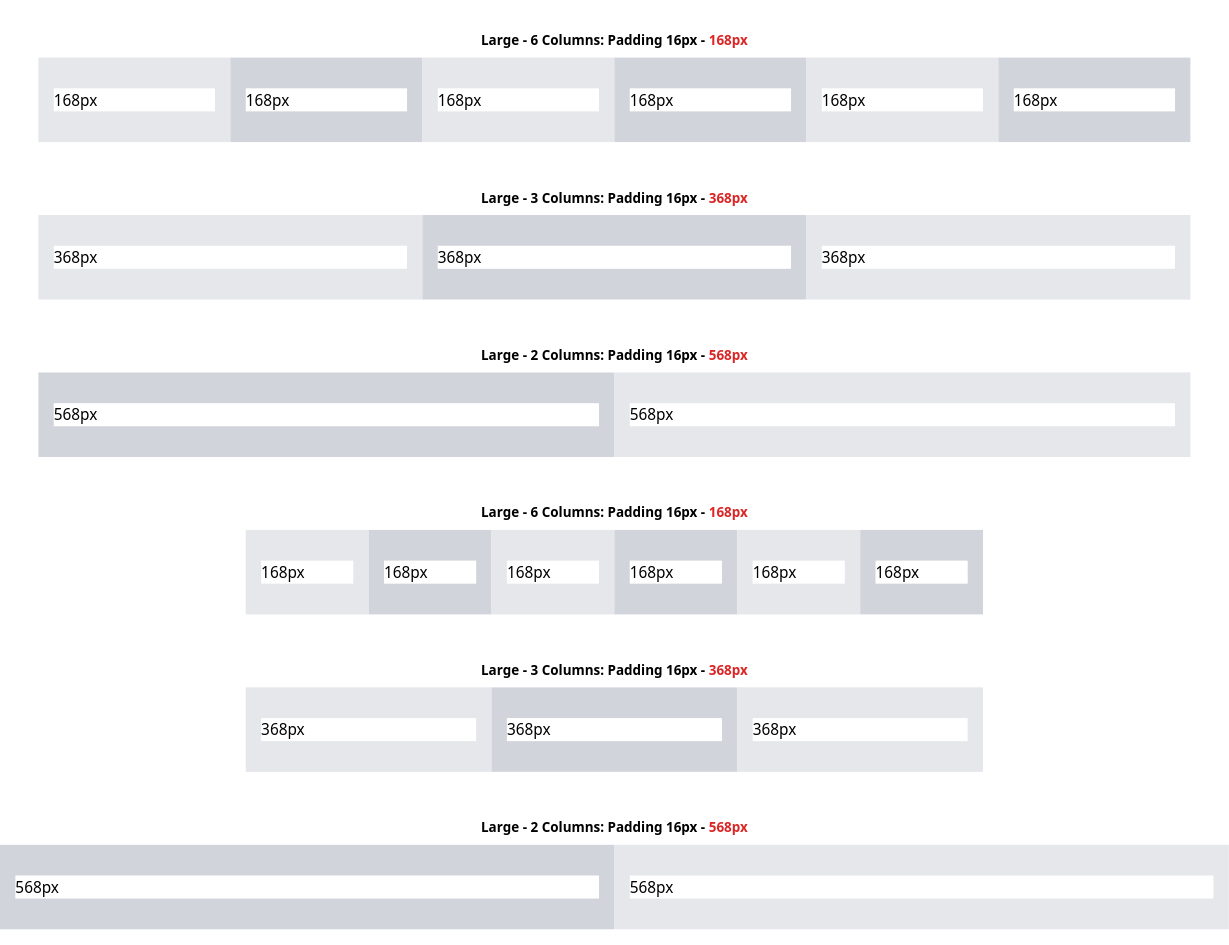
Repository: fabianwurk/vue-tailwind
Page: /
The author's editor kept a copy of each file at every save. The page is drawn from the files as they stood at one save, then again after the next save.
The browser window is 1280 px wide. The pictures show the whole page, at 96% of full size.
The project was rebuilt for these pictures with package versions that can differ from the ones it lists, and the page was loaded fresh each time. Also part of the build but not shown: vite.config.js.

Above is the page before, as saved 2021-03-16 00:26:52.

### src/App.vue
<template>
  <Large />
  <Medium />
</template>

<script setup>
import Large from './components/Large.vue';
import Medium from './components/Medium.vue';

</script>

### src/components/Large.vue
<template>
  <div>

  <div class="container mx-auto">
    <h2 class="text-sm font-bold mb-2 mt-8 text-center">Large - 6 Columns: Padding 16px - <span class="text-red-600">{{ sixCol }}</span></h2>
    <div class="flex items-center">
      <div class="w-1/6 bg-gray-200 mb-4 mt-0 py-8 px-4">
        <span class="bg-white w-full block">{{ sixCol }}</span>
      </div>
      <div class="w-1/6 bg-gray-300 mb-4 mt-0 py-8 px-4">
        <span class="bg-white w-full block">{{ sixCol }}</span>
      </div>
      <div class="w-1/6 bg-gray-200 mb-4 mt-0 py-8 px-4">
        <span class="bg-white w-full block">{{ sixCol }}</span>
      </div>
      <div class="w-1/6 bg-gray-300 mb-4 mt-0 py-8 px-4">
        <span class="bg-white w-full block">{{ sixCol }}</span>
      </div>
      <div class="w-1/6 bg-gray-200 mb-4 mt-0 py-8 px-4">
        <span class="bg-white w-full block">{{ sixCol }}</span>
      </div>
      <div class="w-1/6 bg-gray-300 mb-4 mt-0 py-8 px-4">
        <span class="bg-white w-full block">{{ sixCol }}</span>
      </div>
    </div>
  </div>

  <div class="container mx-auto">
    <h2 class="text-sm font-bold mb-2 mt-8 text-center">Large - 3 Columns: Padding 16px - <span class="text-red-600">{{ threeCol }}</span></h2>
    <div class="flex items-center">
      <div class="w-1/3 bg-gray-200 mb-4 mt-0 py-8 px-4">
        <span class="bg-white w-full block">{{ threeCol }}</span>
      </div>
      <div class="w-1/3 bg-gray-300 mb-4 mt-0 py-8 px-4">
        <span class="bg-white w-full block">{{ threeCol }}</span>
      </div>
      <div class="w-1/3 bg-gray-200 mb-4 mt-0 py-8 px-4">
        <span class="bg-white w-full block">{{ threeCol }}</span>
      </div>
    </div>
  </div>

  <div class="container mx-auto">
    <h2 class="text-sm font-bold mb-2 mt-8 text-center">Large - 2 Columns: Padding 16px - <span class="text-red-600">{{ twoCol }}</span></h2>
    <div class="flex items-center">
      <div class="w-1/2 bg-gray-300 mb-4 mt-0 py-8 px-4">
        <span class="bg-white w-full block">{{ twoCol }}</span>
      </div>
      <div class="w-1/2 bg-gray-200 mb-4 mt-0 py-8 px-4">
        <span class="bg-white w-full block">{{ twoCol }}</span>
      </div>
    </div>
  </div>

  </div>
</template>

<script>
export default {
  data() {
    return {
      sixCol: "168px",
      threeCol: "368px",
      twoCol: "568px",
    };
  },
}
</script>

### src/components/Medium.vue
<template>
  <div>

  <div class="max-w-3xl mx-auto">
    <h2 class="text-sm font-bold mb-2 mt-8 text-center">Large - 6 Columns: Padding 16px - <span class="text-red-600">{{ sixCol }}</span></h2>
    <div class="flex items-center">
      <div class="w-1/6 bg-gray-200 mb-4 mt-0 py-8 px-4">
        <span class="bg-white w-full block">{{ sixCol }}</span>
      </div>
      <div class="w-1/6 bg-gray-300 mb-4 mt-0 py-8 px-4">
        <span class="bg-white w-full block">{{ sixCol }}</span>
      </div>
      <div class="w-1/6 bg-gray-200 mb-4 mt-0 py-8 px-4">
        <span class="bg-white w-full block">{{ sixCol }}</span>
      </div>
      <div class="w-1/6 bg-gray-300 mb-4 mt-0 py-8 px-4">
        <span class="bg-white w-full block">{{ sixCol }}</span>
      </div>
      <div class="w-1/6 bg-gray-200 mb-4 mt-0 py-8 px-4">
        <span class="bg-white w-full block">{{ sixCol }}</span>
      </div>
      <div class="w-1/6 bg-gray-300 mb-4 mt-0 py-8 px-4">
        <span class="bg-white w-full block">{{ sixCol }}</span>
      </div>
    </div>
  </div>

  <div class="max-w-3xl mx-auto">
    <h2 class="text-sm font-bold mb-2 mt-8 text-center">Large - 3 Columns: Padding 16px - <span class="text-red-600">{{ threeCol }}</span></h2>
    <div class="flex items-center">
      <div class="w-1/3 bg-gray-200 mb-4 mt-0 py-8 px-4">
        <span class="bg-white w-full block">{{ threeCol }}</span>
      </div>
      <div class="w-1/3 bg-gray-300 mb-4 mt-0 py-8 px-4">
        <span class="bg-white w-full block">{{ threeCol }}</span>
      </div>
      <div class="w-1/3 bg-gray-200 mb-4 mt-0 py-8 px-4">
        <span class="bg-white w-full block">{{ threeCol }}</span>
      </div>
    </div>
  </div>

  <div class="medium:container mx-auto">
    <h2 class="text-sm font-bold mb-2 mt-8 text-center">Large - 2 Columns: Padding 16px - <span class="text-red-600">{{ twoCol }}</span></h2>
    <div class="flex items-center">
      <div class="w-1/2 bg-gray-300 mb-4 mt-0 py-8 px-4">
        <span class="bg-white w-full block">{{ twoCol }}</span>
      </div>
      <div class="w-1/2 bg-gray-200 mb-4 mt-0 py-8 px-4">
        <span class="bg-white w-full block">{{ twoCol }}</span>
      </div>
    </div>
  </div>

  </div>
</template>

<script>
export default {
  data() {
    return {
      sixCol: "168px",
      threeCol: "368px",
      twoCol: "568px",
    };
  },
}
</script>

### tailwind.config.js
module.exports = {
  purge: ['./index.html', './src/**/*.{vue,js,ts,jsx,tsx}'],
  darkMode: false, // or 'media' or 'class'
  theme: {
    extend: {
      container: {
        'md': {'max': '768px'},
      },
      screens: {
        'xl': {'min': '1200px', 'max': '1280px'},
        '2xl': {'max': '1280px'},
      },
    },
  },
  variants: {
    extend: {},
  },
  plugins: [],
}

Loaded but not shown: index.html (common file); src/main.js (common file); src/index.css (common file)

After the next save:
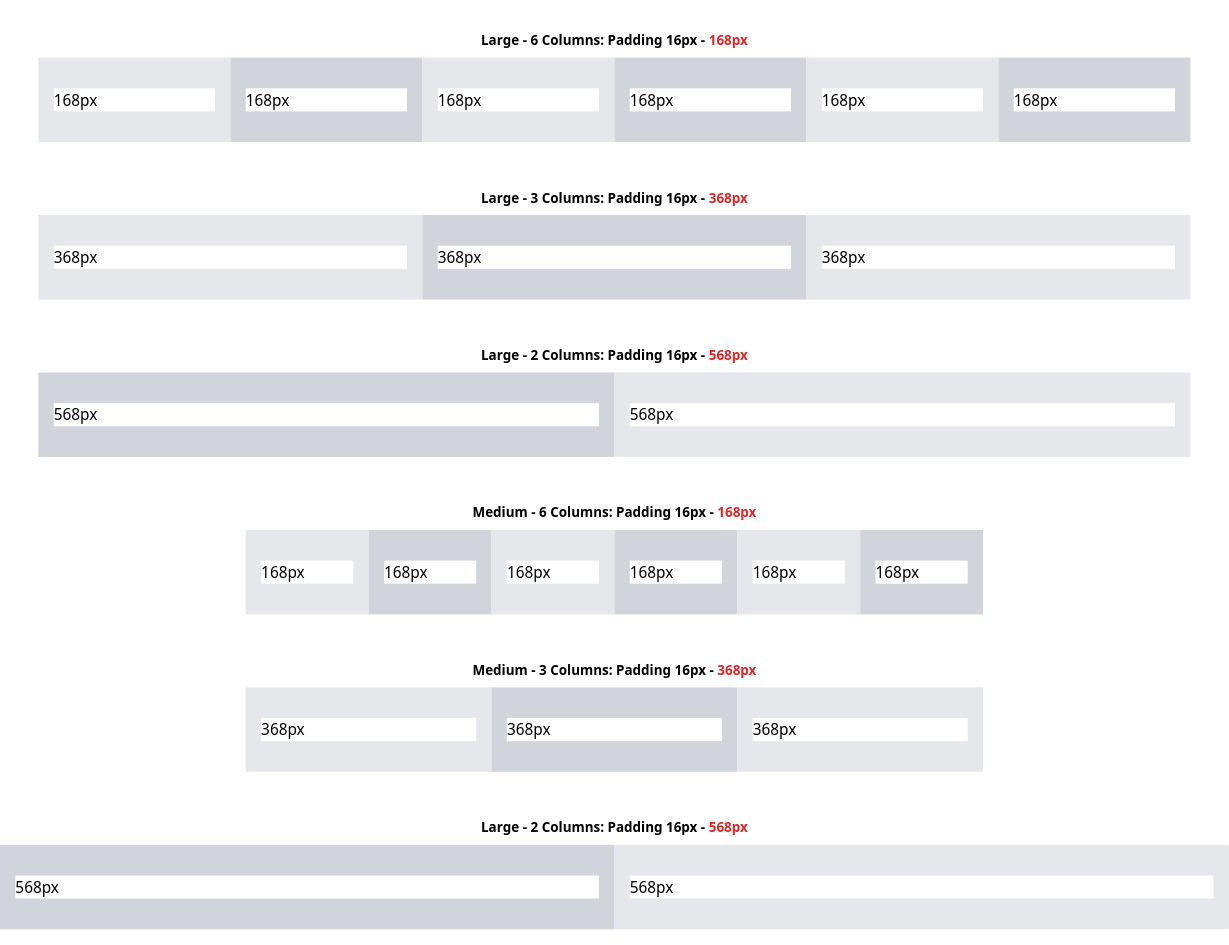
Saved 24 s later.
--- a/src/components/Medium.vue
+++ b/src/components/Medium.vue
@@ -2,7 +2,7 @@
   <div>
 
   <div class="max-w-3xl mx-auto">
-    <h2 class="text-sm font-bold mb-2 mt-8 text-center">Large - 6 Columns: Padding 16px - <span class="text-red-600">{{ sixCol }}</span></h2>
+    <h2 class="text-sm font-bold mb-2 mt-8 text-center">Medium - 6 Columns: Padding 16px - <span class="text-red-600">{{ sixCol }}</span></h2>
     <div class="flex items-center">
       <div class="w-1/6 bg-gray-200 mb-4 mt-0 py-8 px-4">
         <span class="bg-white w-full block">{{ sixCol }}</span>
@@ -26,7 +26,7 @@
   </div>
 
   <div class="max-w-3xl mx-auto">
-    <h2 class="text-sm font-bold mb-2 mt-8 text-center">Large - 3 Columns: Padding 16px - <span class="text-red-600">{{ threeCol }}</span></h2>
+    <h2 class="text-sm font-bold mb-2 mt-8 text-center">Medium - 3 Columns: Padding 16px - <span class="text-red-600">{{ threeCol }}</span></h2>
     <div class="flex items-center">
       <div class="w-1/3 bg-gray-200 mb-4 mt-0 py-8 px-4">
         <span class="bg-white w-full block">{{ threeCol }}</span>
